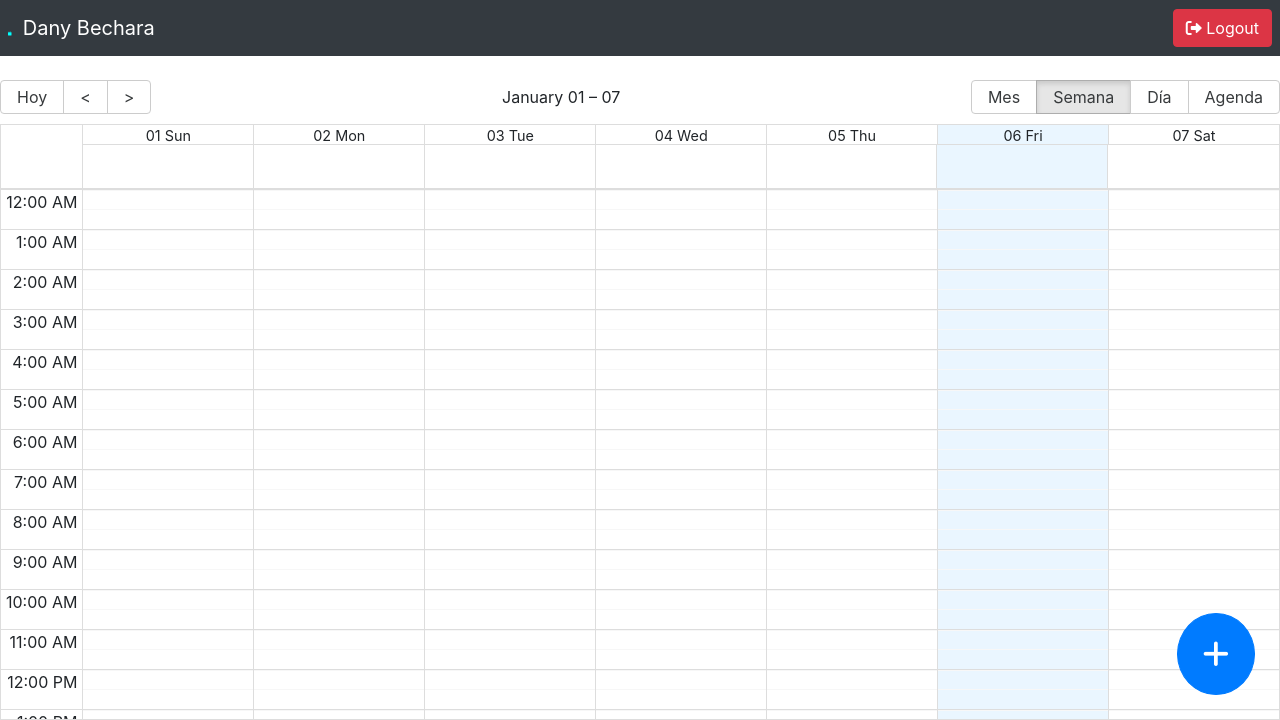
Repository: bechara611/calendar-frontend
Page: /
The author's editor kept a copy of each file at every save. The page is drawn from the files as they stood at one save, then again after a run of saves.
The browser window is 1280 px wide. The pictures show the whole page.
An inner scrolling area shows only its first screen. The project was rebuilt for these pictures with package versions that can differ from the ones it lists, and the page was loaded fresh each time. Some packages were replaced by stand-ins written for this rebuild. Also part of the build but not shown: vite.config.js. Imported but missing from the stored project, and not drawn on this page: src/auth.

Above is the page before, as saved 2023-01-11 18:31:21.

### index.html
<!DOCTYPE html>
<html lang="en">
  <head>
    <meta charset="UTF-8" />
    <link rel="icon" type="image/svg+xml" href="/vite.svg" />
    <meta name="viewport" content="width=device-width, initial-scale=1.0" />
    <title>CalendarDB</title>
    <link rel="stylesheet" href="https://cdn.jsdelivr.net/npm/bootstrap@4.5.3/dist/css/bootstrap.min.css" integrity="sha384-TX8t27EcRE3e/ihU7zmQxVncDAy5uIKz4rEkgIXeMed4M0jlfIDPvg6uqKI2xXr2" crossorigin="anonymous">
    <link rel="stylesheet" href="https://cdnjs.cloudflare.com/ajax/libs/font-awesome/6.2.1/css/all.min.css" integrity="sha512-MV7K8+y+gLIBoVD59lQIYicR65iaqukzvf/nwasF0nqhPay5w/9lJmVM2hMDcnK1OnMGCdVK+iQrJ7lzPJQd1w==" crossorigin="anonymous" referrerpolicy="no-referrer" />
  </head>
  <body>
    <div id="root"></div>
    <script type="module" src="/src/main.jsx"></script>
  </body>
</html>

### src/main.jsx
import React from 'react'
import ReactDOM from 'react-dom/client'
import { Provider } from 'react-redux'
import { BrowserRouter } from 'react-router-dom'
import { CalendarApp } from './CalendarApp'
import { store } from './store/store'
import './styles.css'

ReactDOM.createRoot(document.getElementById('root')).render(

  <Provider store={store}>
    <BrowserRouter>
      <CalendarApp />
    </BrowserRouter>
  </Provider>
)

### src/CalendarApp.jsx
import React from 'react'
import { AppRouter } from './router/AppRouter'

export const CalendarApp = () => {
  return (
   <AppRouter></AppRouter>
  )
}

### src/store/store.js
import { configureStore } from '@reduxjs/toolkit'
import { CalendarSlice } from './calendar/CalendarSlice'
import { uiSlice } from './ui/uiSlice'

export const store = configureStore({
  reducer: {
    ui:uiSlice.reducer,
    calendar:CalendarSlice.reducer
  },
  middleware:(getDefaultMiddleware)=>{return getDefaultMiddleware({
    serializableCheck:false
  })}
})

### src/styles.css
:root {
    --ColorAzul: blue;
  }

### src/router/AppRouter.jsx
import React from 'react'
import { Navigate, Route, Routes } from 'react-router-dom'
import { LoginPages } from '../auth/'
import { CalendarPages } from '../calendar/'


export const AppRouter = () => {
 //const authStatus = 'not-authenticated'
  const authStatus = 'authenticated'
  return (
    <Routes>
      {
        (authStatus === 'not-authenticated'
          ? <Route path='/auth/*' element={<LoginPages></LoginPages>}></Route>
          : <Route path='/*' element={<CalendarPages></CalendarPages>}></Route>
        )
      }
      <Route path='/*' element={<Navigate to={'/auth/login'}></Navigate>}></Route>

    </Routes>
  )
}

### src/store/calendar/CalendarSlice.js
import { createSlice } from '@reduxjs/toolkit'
import { addHours } from 'date-fns';

const tempEvents={
        _id: new Date().getTime(),
        title: 'Cumple de dany',
        notes: 'Torta para Dany',
        start: new Date(),
        end: addHours(new Date(), 3),
        bgColor: '#fafafa',
        user: {
          id: '123',
          name: 'Dany Bechara'
        }
    }


const initialState = {
events:[tempEvents],
activeEvent:null,
}

export const CalendarSlice = createSlice({
  name: 'calendar',
  initialState,
  reducers: {
    onNewEvent:(state,{payload})=>{
    state.events.push(payload)
    state.activeEvent=null;
    },
    onSetActiveEvent:(state,{payload})=>{
        state.activeEvent=payload;
    },
    onUpdateEvent:(state,{payload})=>{
        state.events=state.events.map(evento=>{
            if(evento._id===payload._id){

                return payload
            }
            return evento
        })
    },
    onDeleteEvent:(state)=>{
        if(state.activeEvent){
        state.events=state.events.filter(evento=>evento._id!==state.activeEvent._id)
    }
    }
  }
});

export const {onSetActiveEvent,onNewEvent,onUpdateEvent,onDeleteEvent} = CalendarSlice.actions

### src/store/ui/uiSlice.js
import { createSlice } from '@reduxjs/toolkit'

const initialState = {
isDateModalOpen:false,
}

export const uiSlice = createSlice({
  name: 'ui',
  initialState,
  reducers: {
    onOpenDateModal:(state,action)=>{
        state.isDateModalOpen=true;
    },
    onCloseDateModal:(state,action)=>{
        state.isDateModalOpen=false
    }
  }
});

export const {onOpenDateModal,onCloseDateModal} = uiSlice.actions

export default uiSlice.reducer

### src/calendar/index.js
export * from './pages/CalendarPages'
export * from './components/NavBar'

### src/calendar/pages/CalendarPages.jsx

import 'react-big-calendar/lib/css/react-big-calendar.css'
import React, { useState } from 'react'
import { Calendar } from 'react-big-calendar'
import { NavBar } from '../components/NavBar'
import { localizer } from '../../helpers/'
import { getMessages } from '../../helpers/Messages'
import { CalendarEvent } from '../components/CalendarEvent'
import { addHours } from "date-fns";
import { CalendarModal } from '../components/CalendarModal'
import { useUiStore } from '../../hooks'
import { useCalendar } from '../../hooks/useCalendar'
import { FabAddNew } from '../components/FabAddNew'
import { FabDelete } from '../components/FabDelete'


export const CalendarPages = () => {
  const {openDateModal}= useUiStore()
  const {events,setActiveEvent,hasEventSelected}= useCalendar();
const [lastView, setlastView] = useState(localStorage.getItem('lastview')|| 'week')

const onDoubleClick = (evento) => {
  console.log({ doubleClick: evento })
  openDateModal();
}
const onClick = (evento) => {
  // console.log({ Click: evento })
  setActiveEvent(evento)
}
const onViewChange = (evento) => {

  localStorage.setItem('lastview',evento)
  setlastView(localStorage.getItem('lastview'));
}

const eventStyleGetter = (event, start, end, isSelected) => {
  const style = {
    backgroundColor: isSelected ?  '#347CF7' : '',
    borderRadius: '0px',
    fontSize:'12px',
    opacity: 0.8,
    color: 'white'
  }
    return { style }
}
  return (
    <>
      <NavBar></NavBar>
      <Calendar
      view={lastView}
        localizer={localizer}
        events={events}
        startAccessor="start"
        endAccessor="end"
        messages={getMessages()}
        style={{ height: 'calc( 100vh - 80px )' }}
        eventPropGetter={eventStyleGetter}
        components={{
          event: CalendarEvent
        }}
        onDoubleClickEvent={onDoubleClick}
        onSelectEvent={onClick}
        onView={onViewChange}
      />
      <CalendarModal></CalendarModal>
      <FabAddNew></FabAddNew>
      {

      }
      <FabDelete></FabDelete>

    </>

  )
}

### src/calendar/components/NavBar.jsx
import React from 'react'
import './NavBar.css'
export const NavBar = () => {
  return (
    <div className="navbar navbar-dark bg-dark mb-4 px-2">
    <span className='navbar-brand'>

    <i className="fa-sharp fa-solid fa-calendar icono"></i>

    &nbsp;
    Dany Bechara
    </span>
    <button className='btn btn-danger '>
    <i className="fa-solid fa-right-from-bracket"></i>

    <span> Logout</span>
    </button>
    </div>
  )
}

### src/helpers/index.js
export * from './CalendarLocalizer'

### src/helpers/Messages.js
export const getMessages =()=>{
    return {
        allDay: 'Todo el día',
        previous: '<',
        next: '>',
        today: 'Hoy',
        month: 'Mes',
        week: 'Semana',
        day: 'Día',
        agenda: 'Agenda',
        date: 'Fecha',
        time: 'Hora',
        event: 'Evento',
        noEventsInRange: 'No hay eventos en este rango',
        showMore: total => `+ Ver más (${total})`
    };
}

### src/calendar/components/CalendarEvent.jsx
import React from 'react'

export const CalendarEvent = ({ event }) => {

    const { title, user } = event
    return (
        <>
            <strong>{title}</strong>
            <span> - {user.name}</span>
        </>)
}

### src/calendar/components/CalendarModal.jsx
import { addHours, differenceInSeconds } from 'date-fns';
import React, { useEffect, useMemo, useState } from 'react'
import DatePicker from "react-datepicker";
import Modal from 'react-modal'
import "react-datepicker/dist/react-datepicker.css";
import './CalendarModal.css'
import Swal from 'sweetalert2';
import 'sweetalert2/dist/sweetalert2.min.css'
import { useUiStore } from '../../hooks';
import { useCalendar } from '../../hooks/useCalendar';
const customStyles = {
    content: {
        top: '50%',
        left: '50%',
        right: 'auto',
        bottom: 'auto',
        marginRight: '-50%',
        transform: 'translate(-50%, -50%)',
    },
};
Modal.setAppElement('#root');
export const CalendarModal = () => {
    const { isDateModalOpen, closeDateModal } = useUiStore()
    const { activeEvent, startSavingEvent } = useCalendar();
    const [submited, setsubmited] = useState(false)
    const [formValues, setformValues] = useState({
        title: 'dany',
        notes: '',
        start: new Date(),
        end: addHours(new Date(), 2)
    })
    const isValidOrNot = useMemo(() => {
        if (submited === false) { return '' }
        if (formValues.title.length > 0) {
            return ''
        } else {
            return 'is-invalid'
        }
    }, [formValues.title, submited])

    const onChangeInput = ({ target }) => {
        setformValues({
            ...formValues,
            [target.name]: target.value
        })
    }
    const onDateChange = (event, tipoFecha = 'start') => {
        setformValues({
            ...formValues,
            [tipoFecha]: event
        })
    }
    const onCloseModal = () => {
        console.log('cerrando modal')

        console.log(formValues);
        closeDateModal();
    }

    const onSubmit = async (event) => {
        event.preventDefault();
        setsubmited(true)
        //comparamos dos fechas
        const diferencia = differenceInSeconds(formValues.end, formValues.start);
        if (isNaN(diferencia) || diferencia <= 0) {
            Swal.fire('Incorrect Dates', 'Please insert a valid a date', 'error')
            return;
        }
        if (formValues.title.length <= 0) {
            console.log('Please, insert a title')
            return
        }

        await startSavingEvent(formValues);
        closeDateModal();
        setsubmited(false)
        //TODO REMOVER ERRORES EN PANTALLA, CERRAR MODAL


    }

    useEffect(() => {
        if (activeEvent !== null) {
            setformValues(activeEvent)

        }

    }, [activeEvent])

    return (
        <>
            <Modal
                isOpen={isDateModalOpen}
                onRequestClose={onCloseModal}
                style={customStyles}
                className='modal'
                overlayClassName='modal-fondo'
                closeTimeoutMS={200}
            >
                <h3> New event</h3>
                <hr />
                <form className="container" onSubmit={onSubmit}>

                    <div className="form-group mb-2">
                        <label>Date and Time (Start)</label>
                        <DatePicker
                            dateFormat='Pp'
                            showTimeSelect
                            selected={formValues.start}
                            onChange={(evento) => onDateChange(evento, 'start')}
                            className='form-control'></DatePicker>
                    </div>

                    <div className="form-group mb-2">
                        <label>Date and Time (End) </label>
                        <DatePicker
                            minDate={formValues.start}
                            selected={formValues.end}
                            onChange={(evento) => onDateChange(evento, 'end')}
                            dateFormat='Pp'
                            showTimeSelect
                            className='form-control'>
                        </DatePicker>
                    </div>

                    <hr />
                    <div className="form-group mb-2">
                        <label>Title and notes</label>
                        <input
                            type="text"
                            className={`form-control ${isValidOrNot}`}
                            placeholder="Title"
                            name="title"
                            autoComplete="off"
                            value={formValues.title}
                            onChange={onChangeInput}
                        />
                        <small id="emailHelp" className="form-text text-muted">a short description</small>
                    </div>

                    <div className="form-group mb-2">
                        <textarea
                            type="text"
                            className="form-control"
                            placeholder="Notes"
                            rows="5"
                            name="notes"
                            value={formValues.notes}
                            onChange={onChangeInput}
                        ></textarea>
                        <small id="emailHelp" className="form-text text-muted">Information</small>
                    </div>

                    <button
                        type="submit"
                        className="btn btn-outline-primary btn-block"
                    >
                        <i className="far fa-save"></i>
                        <span> Save</span>
                    </button>

                </form>
            </Modal>
        </>
    )
}

### src/hooks/index.js
export * from './useUiStore'

### src/hooks/useCalendar.jsx
import { useDispatch, useSelector } from "react-redux"
import { onDeleteEvent, onNewEvent, onSetActiveEvent, onUpdateEvent } from "../store/calendar/CalendarSlice";


export const useCalendar = () => {
 const {events,activeEvent} = useSelector(state=>state.calendar);
 const dispatch=useDispatch();

 const setActiveEvent=(calendarEvent)=>{
dispatch(onSetActiveEvent(calendarEvent))
 }
 const startSavingEvent=async(calendarEvent)=>{

    //TODO llegar al backend

    //TODO bien
    if(calendarEvent._id){
        //actualizando
        dispatch(onUpdateEvent(calendarEvent))
    }else{
        //creando
        dispatch(onNewEvent({...calendarEvent,_id:new Date().getTime()}))
    }
 }

 const startDeletingEvent=()=>{
    //TODOO llegar al back
    dispatch(onDeleteEvent());
 }

    return {
        //propiedades
        events,
        activeEvent,
        hasEventSelected: !!activeEvent,
        //metodos
        setActiveEvent,
        startSavingEvent,
        startDeletingEvent
 }
}

### src/calendar/components/FabAddNew.jsx
import { addHours } from 'date-fns'
import React from 'react'
import { useUiStore } from '../../hooks'
import { useCalendar } from '../../hooks/useCalendar'

export const FabAddNew = () => {
    const {openDateModal}= useUiStore()
    const {setActiveEvent} = useCalendar()

    const handleclickNew =()=>{
        openDateModal();
        setActiveEvent({
            title: '',
            notes: '',
            start: new Date(),
            end: addHours(new Date(), 3),
            bgColor: '#fafafa',
            user: {
              id: '123',
              name: 'Dany Bechara'
        }})
    }
  return (
    <>
    <button
    className='btn btn-primary fab'
    onClick={handleclickNew}
    >
    <i className='fa fa-plus'></i>
    </button>
    </>
  )
}

### src/calendar/components/FabDelete.jsx
import { addHours } from 'date-fns'
import React from 'react'
import { useUiStore } from '../../hooks'
import { useCalendar } from '../../hooks/useCalendar'

export const FabDelete = () => {
    const {startDeletingEvent,hasEventSelected} = useCalendar()

    const handleDelete =()=>{
      startDeletingEvent()
    }
  return (
    <>
    <button
    className='btn btn-danger fabDelete'
    onClick={handleDelete}
    style={{
      display:hasEventSelected ? '' : 'none'
    }}
    >
    <i className='fa fa-trash'></i>
    </button>
    </>
  )
}

### src/calendar/components/NavBar.css
.icono{
color: aqua;
font-size: 20%;
}

### src/helpers/CalendarLocalizer.js
import {format,parse,startOfWeek,getDay} from 'date-fns'
import enUS from 'date-fns/locale/en-US'
import { dateFnsLocalizer } from 'react-big-calendar'

const locales = {
    'en-US': enUS,
  }

 export const localizer = dateFnsLocalizer({
    format,
    parse,
    startOfWeek,
    getDay,
    locales,
  })

### src/calendar/components/CalendarModal.css
/* Modal */
.ReactModalPortal > div{
    opacity: 0;
}

.ReactModalPortal .ReactModal__Overlay {
    align-items: center;
    display: flex;
    justify-content: center;
    transition: opacity .2s ease-in-out;
    z-index: 999;
}

.modal-fondo {
    background-color: rgba(0, 0, 0, 0.3);
    bottom: 0;
    left: 0;
    right: 0;
    top: 0;
    position: fixed;
}

.ReactModalPortal .ReactModal__Overlay--after-open {
    opacity: 1;
}

.ReactModalPortal .ReactModal__Overlay--before-close {
    opacity: 0;
}

.modal {
    background: white;
    border-radius: 5px;
    color: rgb(51, 51, 51);
    display: inline;
    max-height: 620px;
    max-width: 500px;
    outline: none;
    padding: 10px;
}

.fab{
    border-radius: 100%;
    bottom: 25px;
    right: 25px;
    font-size: 30px;
    padding: 25px;
    position: fixed;
}


.fabDelete{
    border-radius: 100%;
    bottom: 25px;
    left: 25px;
    font-size: 30px;
    position: fixed;
    width: 80px;
    height: 80px;
}

### src/hooks/useUiStore.jsx
import { useDispatch, useSelector } from 'react-redux'
import { onCloseDateModal, onOpenDateModal } from '../store/ui/uiSlice';

export const useUiStore = () => {
 const dispatch = useDispatch();
    const {
    isDateModalOpen
 } = useSelector(state=>state.ui)

 const openDateModal=()=>{
    dispatch(onOpenDateModal());
 }
 const closeDateModal=()=>{
    dispatch(onCloseDateModal())
 }
 return {
    //*propiedades
    isDateModalOpen,
    //*Metodos
    openDateModal,
    closeDateModal

 }


}

After the next 3 saves:
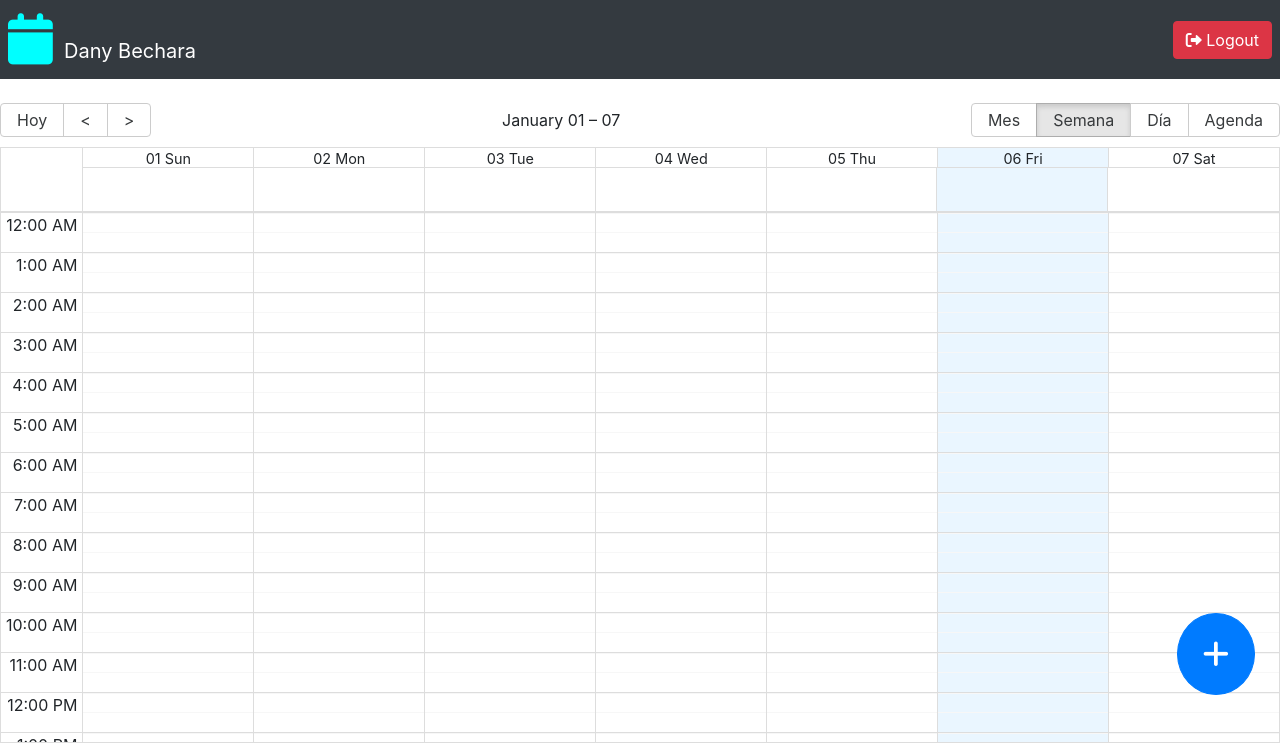
The 3 saves are shown as one change because they came seconds apart.
The last was saved 13 s later.
--- a/src/calendar/components/NavBar.css
+++ b/src/calendar/components/NavBar.css
@@ -1,4 +1,4 @@
 .icono{
 color: aqua;
-font-size: 20%;
+font-size: 4vw;
 }

After the save that followed:
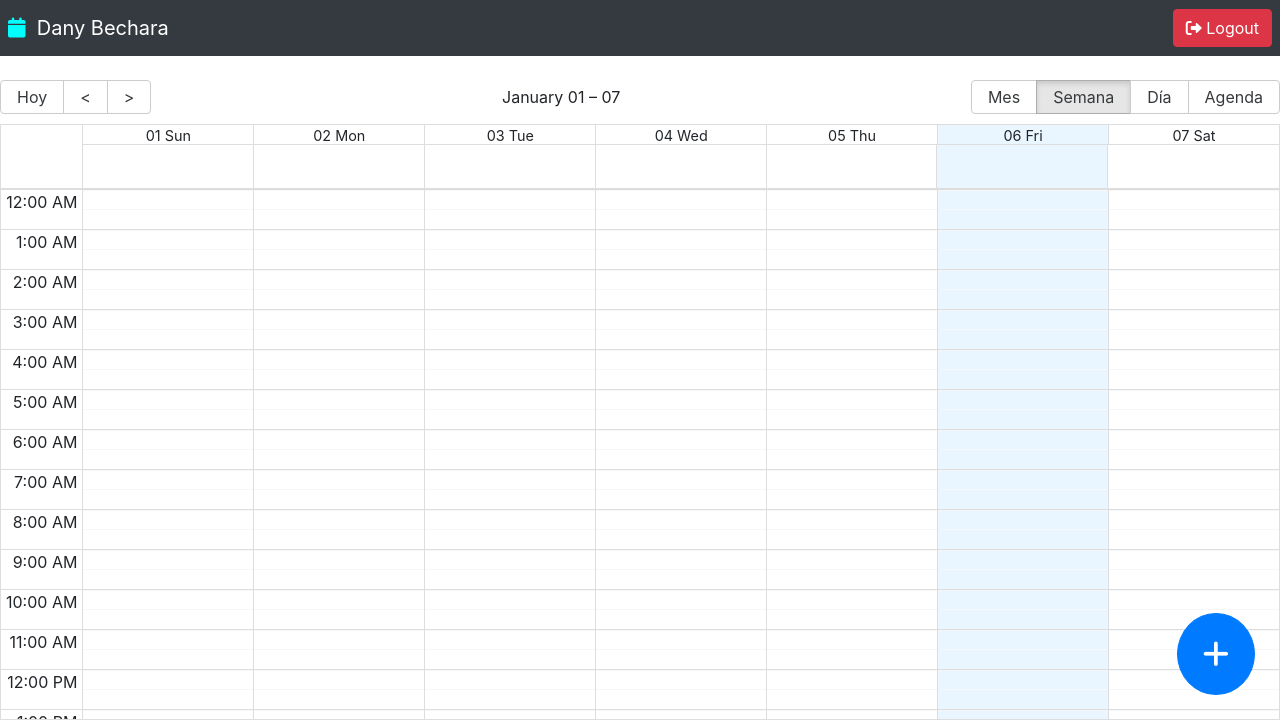
Saved 16 s later.
--- a/src/calendar/components/NavBar.css
+++ b/src/calendar/components/NavBar.css
@@ -1,4 +1,4 @@
 .icono{
 color: aqua;
-font-size: 4vw;
+
 }
